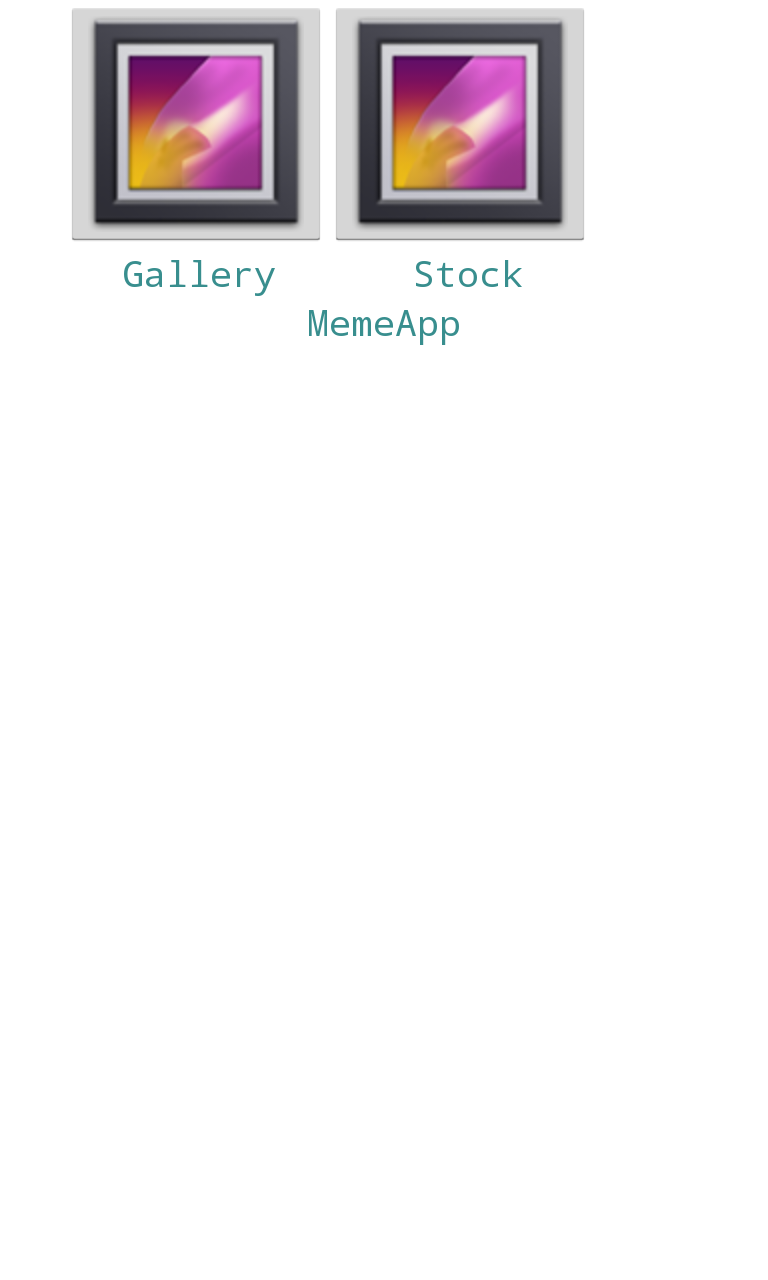
Repository: njb26/3093_Software_Engineering_2013
Layout: app/workspace/MemeApp/res/layout/activity_selection.xml
The author's editor kept a copy of each file at every save. The layout is drawn from the files as they stood at one save, then again after the next save.
It is drawn on a 768 x 1280 px phone screen (xhdpi) without system bars, with theme AppTheme; the app's code is not run.

Above is the layout before, as saved 2013-05-23 21:35:10.

After the next save:
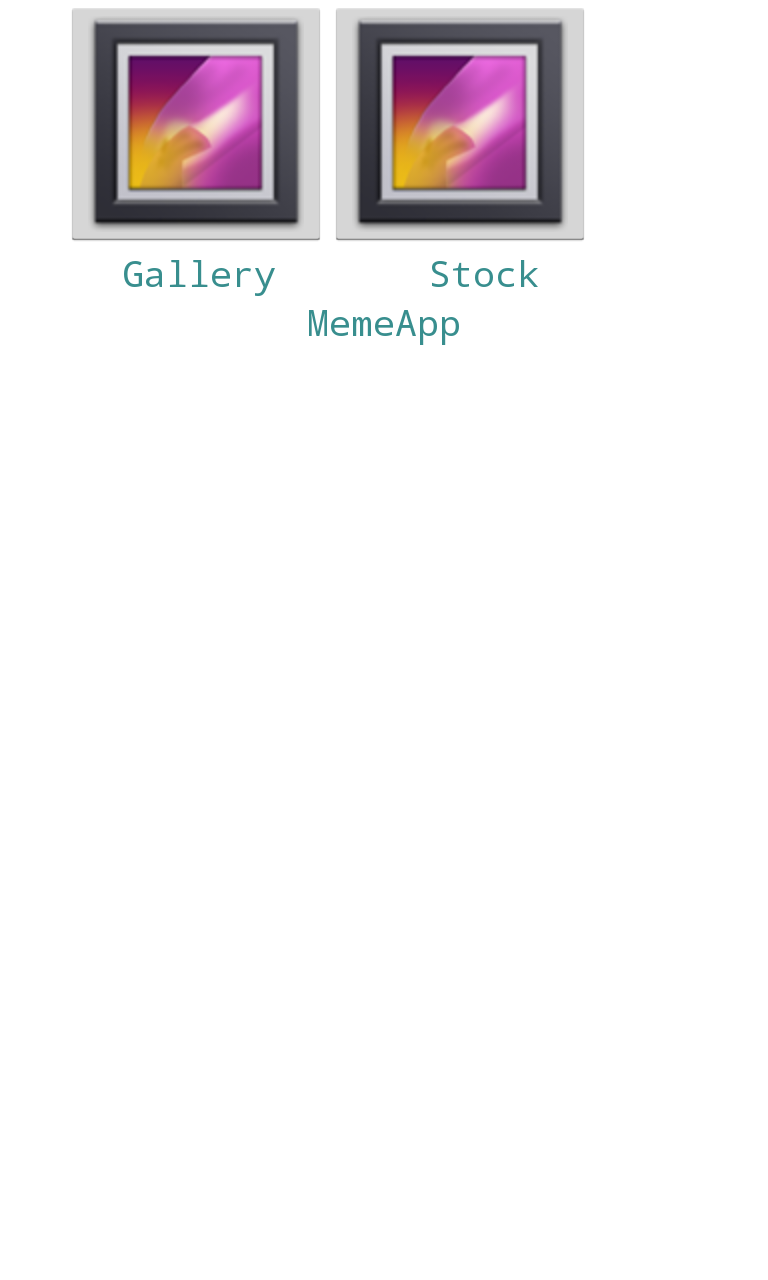
Saved 8 s later.
--- a/app/workspace/MemeApp/res/layout/activity_selection.xml
+++ b/app/workspace/MemeApp/res/layout/activity_selection.xml
@@ -31,7 +31,7 @@
    	    android:layout_width="match_parent"
     	android:layout_height="wrap_content"
     	android:paddingLeft="45dp"
-    	android:paddingRight="16dp"
+    	android:paddingRight="0dp"
     	android:orientation="horizontal">
     	<TextView
         style="@style/StandardFont"
